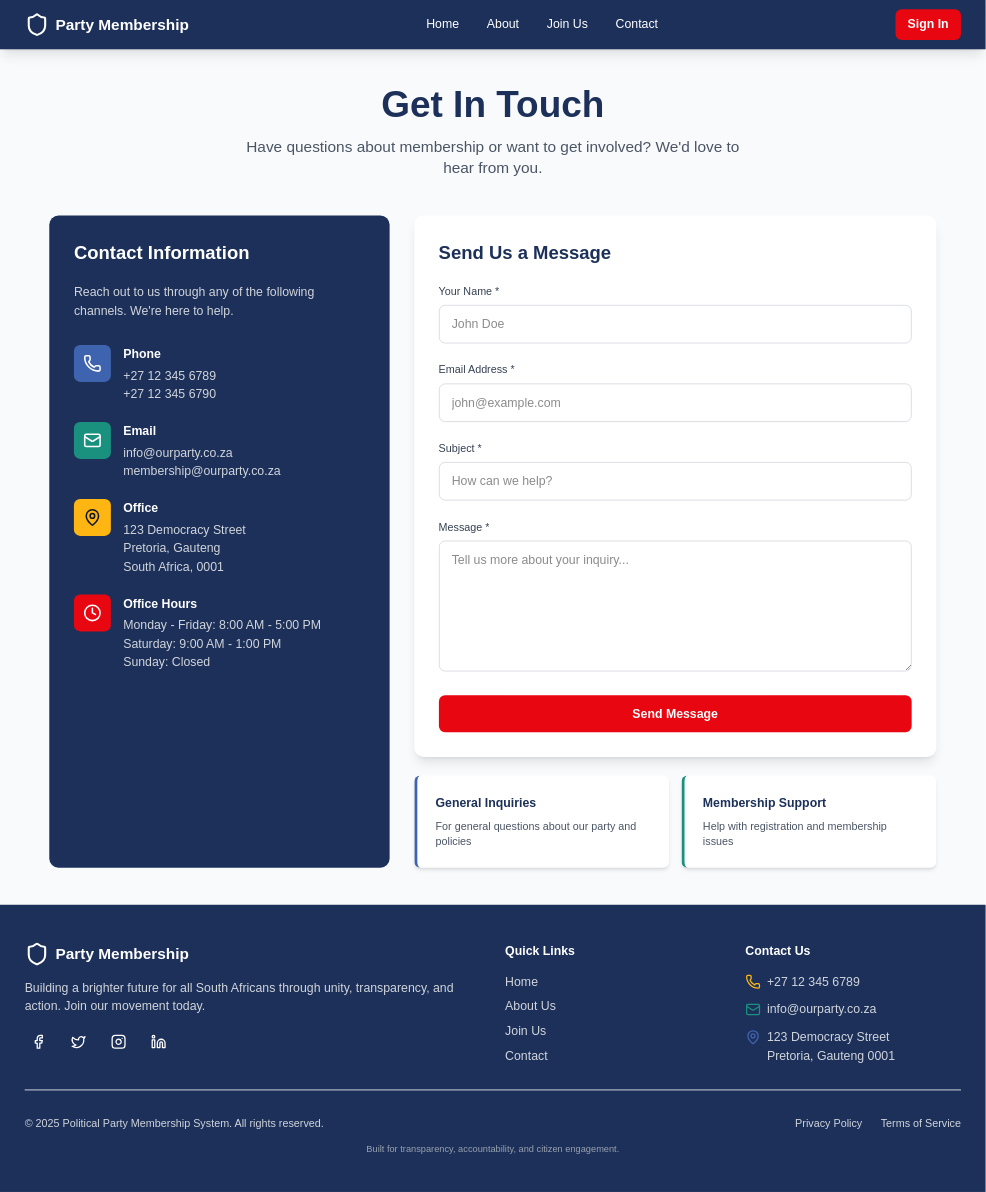
Repository: lettimaks-cyber/members
Page: /pages/contact
The author's editor kept a copy of each file at every save. The page is drawn from the files as they stood at one save, then again after the next save.
The browser window is 1280 px wide. The pictures show the whole page, at 77% of full size.
The page's requests for data from a server got no answer. The project was rebuilt for these pictures with package versions that can differ from the ones it lists, and the page was loaded fresh each time. Some packages were replaced by stand-ins written for this rebuild. The framework's server and built-in components were replaced by stand-ins that run in the browser. No one was signed in, and anything a server would have sent is missing. Also part of the build but not shown: next.config.ts.

Above is the page before, as saved 2025-11-15 22:39:27.

### src/app/layout.tsx
import React from 'react';
import { ClerkProvider } from '@clerk/nextjs';
import Navbar from '@/components/Navbar';
import Footer from '@/components/Footer';
import './styles/globals.css';

export const metadata = {
  title: 'Political Party Membership System',
  description: 'Join our movement and make a difference',
};

export default function RootLayout({
  children,
}: {
  children: React.ReactNode;
}) {
  return (
    <ClerkProvider>
      <html lang="en">
        <body className="min-h-screen flex flex-col">
          <Navbar />
          <main className="flex-grow">
            {children}
          </main>
          <Footer />
        </body>
      </html>
    </ClerkProvider>
  );
}

### src/components/Navbar.tsx
'use client';

import React, { useState } from 'react';
import Link from 'next/link';
import { usePathname } from 'next/navigation';
import { Shield, Menu, X, UserCircle } from 'lucide-react';
import { SignInButton, SignedIn, SignedOut, UserButton } from '@clerk/nextjs';

export default function Navbar() {
  const [isMenuOpen, setIsMenuOpen] = useState(false);
  const pathname = usePathname();

  const isActive = (path: string) => {
    return pathname === path;
  };

  const navLinks = [
    { href: '/', label: 'Home' },
    { href: '/about', label: 'About' },
    { href: '/join', label: 'Join Us' },
    { href: '/contact', label: 'Contact' },
  ];

  return (
    <nav className="shadow-lg sticky top-0 z-50" style={{ backgroundColor: '#1c3059' }}>
      <div className="max-w-7xl mx-auto px-4 sm:px-6 lg:px-8">
        <div className="flex justify-between items-center h-16">
          {/* Logo and Brand */}
          <Link href="/" className="flex items-center space-x-2 hover:opacity-80 transition">
            <Shield className="w-8 h-8 text-white" />
            <span className="font-bold text-xl text-white hidden sm:block">
              Party Membership
            </span>
          </Link>

          {/* Desktop Navigation */}
          <div className="hidden md:flex items-center space-x-1">
            {navLinks.map((link) => (
              <Link
                key={link.href}
                href={link.href}
                className={`px-4 py-2 rounded-lg text-white font-medium transition ${
                  isActive(link.href)
                    ? 'bg-white text-black bg-opacity-20'
                    : 'hover:bg-white hover:text-black hover:bg-opacity-10'
                }`}
              >
                {link.label}
              </Link>
            ))}
          </div>

          {/* Auth Buttons */}
          <div className="hidden md:flex items-center space-x-4">
            <SignedOut>
              <SignInButton mode="modal">
                <button
                  className="px-4 py-2 rounded-lg font-semibold text-white transition hover:opacity-90"
                  style={{ backgroundColor: '#e80611' }}
                >
                  Sign In
                </button>
              </SignInButton>
            </SignedOut>
            <SignedIn>
              <Link
                href="/dashboard"
                className="px-4 py-2 rounded-lg font-semibold transition hover:opacity-90"
                style={{
                  backgroundColor: '#1a917f',
                  color: '#ffffff'
                }}
              >
                Dashboard
              </Link>
              <UserButton afterSignOutUrl="/" />
            </SignedIn>
          </div>

          {/* Mobile Menu Button */}
          <button
            onClick={() => setIsMenuOpen(!isMenuOpen)}
            className="md:hidden p-2 rounded-lg hover:bg-white hover:bg-opacity-10 transition"
          >
            {isMenuOpen ? (
              <X className="w-6 h-6 text-white" />
            ) : (
              <Menu className="w-6 h-6 text-white" />
            )}
          </button>
        </div>
      </div>

      {/* Mobile Menu */}
      {isMenuOpen && (
        <div className="md:hidden border-t border-white border-opacity-20">
          <div className="px-4 py-4 space-y-2">
            {navLinks.map((link) => (
              <Link
                key={link.href}
                href={link.href}
                onClick={() => setIsMenuOpen(false)}
                className={`block px-4 py-2 rounded-lg text-white font-medium transition ${
                  isActive(link.href)
                    ? 'bg-white bg-opacity-20'
                    : 'hover:bg-white hover:bg-opacity-10'
                }`}
              >
                {link.label}
              </Link>
            ))}

            <div className="pt-4 border-t border-white border-opacity-20">
              <SignedOut>
                <SignInButton mode="modal">
                  <button
                    className="w-full px-4 py-2 rounded-lg font-semibold text-white transition hover:opacity-90"
                    style={{ backgroundColor: '#e80611' }}
                  >
                    Sign In
                  </button>
                </SignInButton>
              </SignedOut>
              <SignedIn>
                <Link
                  href="/dashboard"
                  onClick={() => setIsMenuOpen(false)}
                  className="block w-full px-4 py-2 rounded-lg font-semibold text-center transition hover:opacity-90"
                  style={{
                    backgroundColor: '#1a917f',
                    color: '#ffffff'
                  }}
                >
                  Dashboard
                </Link>
                <div className="mt-2 flex justify-center">
                  <UserButton afterSignOutUrl="/" />
                </div>
              </SignedIn>
            </div>
          </div>
        </div>
      )}
    </nav>
  );
}

### src/components/Footer.tsx
import React from 'react';
import Link from 'next/link';
import { Shield, Facebook, Twitter, Instagram, Linkedin, Mail, Phone, MapPin } from 'lucide-react';

export default function Footer() {
  const currentYear = new Date().getFullYear();

  return (
    <footer className="mt-auto" style={{ backgroundColor: '#1c3059' }}>
      <div className="max-w-7xl mx-auto px-4 sm:px-6 lg:px-8 py-12">
        <div className="grid grid-cols-1 md:grid-cols-4 gap-8 mb-8">
          {/* Brand Section */}
          <div className="col-span-1 md:col-span-2">
            <div className="flex items-center space-x-2 mb-4">
              <Shield className="w-8 h-8 text-white" />
              <span className="font-bold text-xl text-white">Party Membership</span>
            </div>
            <p className="text-gray-300 mb-4">
              Building a brighter future for all South Africans through unity,
              transparency, and action. Join our movement today.
            </p>
            <div className="flex space-x-4">
              <a
                href="https://facebook.com"
                target="_blank"
                rel="noopener noreferrer"
                className="p-2 rounded-lg hover:bg-white hover:bg-opacity-10 transition"
                aria-label="Facebook"
              >
                <Facebook className="w-5 h-5 text-white" />
              </a>
              <a
                href="https://twitter.com"
                target="_blank"
                rel="noopener noreferrer"
                className="p-2 rounded-lg hover:bg-white hover:bg-opacity-10 transition"
                aria-label="Twitter"
              >
                <Twitter className="w-5 h-5 text-white" />
              </a>
              <a
                href="https://instagram.com"
                target="_blank"
                rel="noopener noreferrer"
                className="p-2 rounded-lg hover:bg-white hover:bg-opacity-10 transition"
                aria-label="Instagram"
              >
                <Instagram className="w-5 h-5 text-white" />
              </a>
              <a
                href="https://linkedin.com"
                target="_blank"
                rel="noopener noreferrer"
                className="p-2 rounded-lg hover:bg-white hover:bg-opacity-10 transition"
                aria-label="LinkedIn"
              >
                <Linkedin className="w-5 h-5 text-white" />
              </a>
            </div>
          </div>

          {/* Quick Links */}
          <div>
            <h3 className="font-bold text-white mb-4">Quick Links</h3>
            <ul className="space-y-2">
              <li>
                <Link href="/" className="text-gray-300 hover:text-white transition">
                  Home
                </Link>
              </li>
              <li>
                <Link href="/about" className="text-gray-300 hover:text-white transition">
                  About Us
                </Link>
              </li>
              <li>
                <Link href="/join" className="text-gray-300 hover:text-white transition">
                  Join Us
                </Link>
              </li>
              <li>
                <Link href="/contact" className="text-gray-300 hover:text-white transition">
                  Contact
                </Link>
              </li>
            </ul>
          </div>

          {/* Contact Info */}
          <div>
            <h3 className="font-bold text-white mb-4">Contact Us</h3>
            <ul className="space-y-3 text-gray-300">
              <li className="flex items-start space-x-2">
                <Phone className="w-5 h-5 mt-0.5 flex-shrink-0" style={{ color: '#ffb612' }} />
                <span>+27 12 345 6789</span>
              </li>
              <li className="flex items-start space-x-2">
                <Mail className="w-5 h-5 mt-0.5 flex-shrink-0" style={{ color: '#1a917f' }} />
                <span>info@ourparty.co.za</span>
              </li>
              <li className="flex items-start space-x-2">
                <MapPin className="w-5 h-5 mt-0.5 flex-shrink-0" style={{ color: '#3f64af' }} />
                <span>123 Democracy Street<br />Pretoria, Gauteng 0001</span>
              </li>
            </ul>
          </div>
        </div>

        {/* Bottom Bar */}
        <div className="border-t border-white border-opacity-20 pt-8">
          <div className="flex flex-col md:flex-row justify-between items-center space-y-4 md:space-y-0">
            <p className="text-gray-300 text-sm text-center md:text-left">
              © {currentYear} Political Party Membership System. All rights reserved.
            </p>
            <div className="flex space-x-6 text-sm">
              <Link href="/privacy" className="text-gray-300 hover:text-white transition">
                Privacy Policy
              </Link>
              <Link href="/terms" className="text-gray-300 hover:text-white transition">
                Terms of Service
              </Link>
            </div>
          </div>
          <p className="text-gray-400 text-xs text-center mt-4">
            Built for transparency, accountability, and citizen engagement.
          </p>
        </div>
      </div>
    </footer>
  );
}

Loaded but not shown: src/app/styles/globals.css (common file); src/app/pages/contact/page.tsx (252 lines, source omitted)

After the next save:
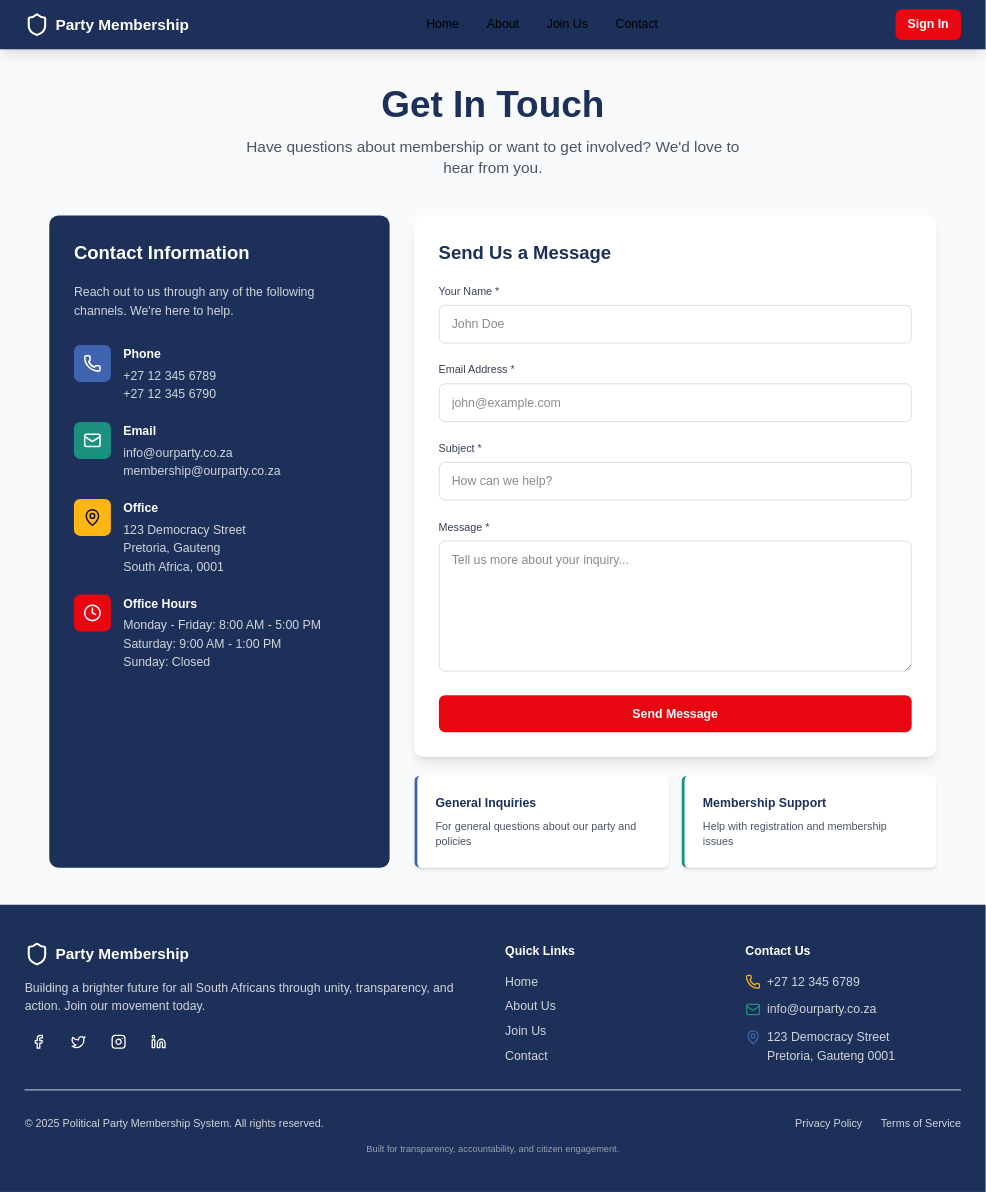
Saved 16 s later.
--- a/src/components/Navbar.tsx
+++ b/src/components/Navbar.tsx
@@ -39,7 +39,7 @@
               <Link
                 key={link.href}
                 href={link.href}
-                className={`px-4 py-2 rounded-lg text-white font-medium transition ${
+                className={`px-4 py-2 rounded-lg text-black font-medium transition ${
                   isActive(link.href)
                     ? 'bg-white text-black bg-opacity-20'
                     : 'hover:bg-white hover:text-black hover:bg-opacity-10'

After the save that followed:
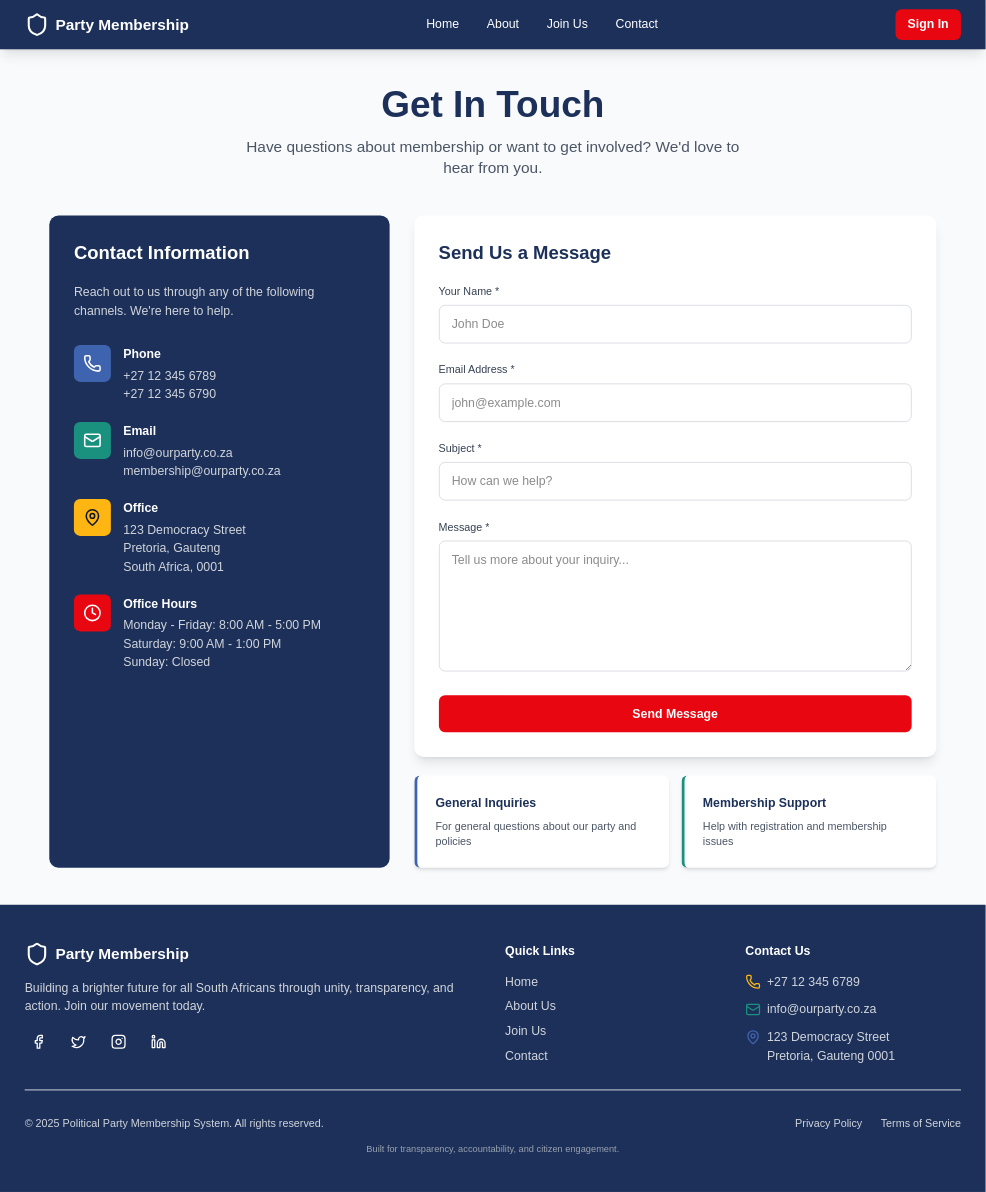
Saved 5 s later.
--- a/src/components/Navbar.tsx
+++ b/src/components/Navbar.tsx
@@ -39,7 +39,7 @@
               <Link
                 key={link.href}
                 href={link.href}
-                className={`px-4 py-2 rounded-lg text-black font-medium transition ${
+                className={`px-4 py-2 rounded-lg text-white font-medium transition ${
                   isActive(link.href)
                     ? 'bg-white text-black bg-opacity-20'
                     : 'hover:bg-white hover:text-black hover:bg-opacity-10'
